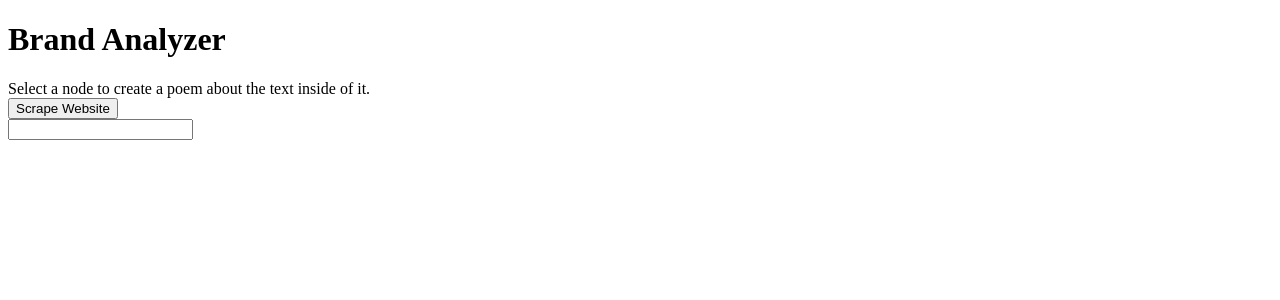
Repository: theethanwright/ai-plugin-template
Page: /
The author's editor kept a copy of each file at every save. The page is drawn from the files as they stood at one save, then again after the next save.
The browser window is 1280 px wide. The pictures show the whole page.
The page's requests for data from a server got no answer. The project was rebuilt for these pictures with package versions that can differ from the ones it lists, and the page was loaded fresh each time. The framework's server and built-in components were replaced by stand-ins that run in the browser. No one was signed in, and anything a server would have sent is missing.

Above is the page before, as saved 2024-07-02 15:31:36.

### app/page.tsx
"use client";

import { figmaAPI } from "@/lib/figmaAPI";
import { getTextForSelection } from "@/lib/getTextForSelection";
import { getTextOffset } from "@/lib/getTextOffset";
import { callData } from "@/lib/callData";
import { DataSchema } from "@/lib/types2";
import { useState } from "react";
import { z } from "zod";

// This function calls our API and returns the complete text response.
async function streamAIResponse(body: z.infer<typeof DataSchema>) {
  const formData = new FormData();
  formData.append('text', body.text);
  formData.append('css', JSON.stringify(body.css));
  formData.append('colors', JSON.stringify(body.colors));
  formData.append('screenshot', new Blob([body.screenshot]));

  const resp = await fetch("/api/completion", {
      method: "POST",
      body: formData,
  });

  if (!resp.ok) {
      throw new Error("Error fetching response");
  }

  const text = await resp.text();
  return text;
}

export default function Plugin() {
  const [completion, setCompletion] = useState("");

  // This is the same as above, but instead of updating React state, it adds the
  // text to the Figma canvas.
  const scrapeBrand = async () => {
    const data = await callData();

    const responseText = await streamAIResponse({
      data,
    });

    let text = "";
    let nodeID: string | null = null;
    const textPosition = await getTextOffset();

    const createOrUpdateTextNode = async () => {
      nodeID = await figmaAPI.run(
        async (figma, { nodeID, text, textPosition }) => {
          let node = figma.getNodeById(nodeID ?? "");

          if (!node) {
            node = figma.createText();
            node.x = textPosition?.x ?? 0;
            node.y = textPosition?.y ?? 0;
          }

          if (node.type !== "TEXT") {
            return "";
          }

          const oldHeight = node.height;

          await figma.loadFontAsync({ family: "Inter", style: "Medium" });
          node.fontName = { family: "Inter", style: "Medium" };

          node.characters = text;

          if (oldHeight !== node.height) {
            figma.viewport.scrollAndZoomIntoView([node]);
          }

          return node.id;
        },
        { nodeID, text, textPosition },
      );
    };

    text += responseText;
    await createOrUpdateTextNode();
  };

  return (
    <div className="flex flex-col items-center min-h-screen bg-gray-900 text-white">
      <h1 className="text-4xl font-bold mb-5 mt-2">Brand Analyzer</h1>
      <div className="text-sm mb-5 text-gray-300">
        Select a node to create a poem about the text inside of it.
      </div>
      <div className="flex flex-row gap-2">
        <button
          onClick={scrapeBrand}
          className="mb-5 p-2 px-4 rounded bg-green-600 text-white hover:bg-green-700"
        >
          Scrape Website
        </button>
      </div>
      <div>
        <input />
      </div>
    </div>
  );
}

### my-app/lib/figmaAPI.ts
/**
 * This is a magic file that allows us to run code in the Figma plugin context
 * from the iframe. It does this by getting the code as a string, and sending it
 * to the plugin via postMessage. The plugin then evals the code and sends the
 * result back to the iframe. There are a few caveats:
 * 1. The code cannot reference any variables outside of the function. This is
 *   because the code is stringified and sent to the plugin, and the plugin
 *   evals it. The plugin has no access to the variables in the iframe.
 * 2. The return value of the function must be JSON serializable. This is
 *    because the result is sent back to the iframe via postMessage, which only
 *    supports JSON.
 *
 * You can get around these limitations by passing in the variables you need
 * as parameters to the function.
 *
 * @example
 * ```ts
 * const result = await figmaAPI.run((figma, {nodeId}) => {
 *   return figma.getNodeById(nodeId)?.name;
 * }, {nodeId: "0:2"});
 *
 * console.log(result); // "Page 1"
 * ```
 */
class FigmaAPI {
  private id = 0;

  /**
   * Run a function in the Figma plugin context. The function cannot reference
   * any variables outside of itself, and the return value must be JSON
   * serializable. If you need to pass in variables, you can do so by passing
   * them as the second parameter.
   */
  run<T, U>(
    fn: (figma: PluginAPI, params: U) => Promise<T> | T,
    params?: U,
  ): Promise<T> {
    return new Promise((resolve, reject) => {
      const id = this.id++;
      const cb = (event: MessageEvent) => {
        if (
          event.origin !== "https://www.figma.com" &&
          event.origin !== "https://staging.figma.com"
        ) {
          return;
        }

        if (event.data.pluginMessage?.type === "EVAL_RESULT") {
          if (event.data.pluginMessage.id === id) {
            window.removeEventListener("message", cb);
            resolve(event.data.pluginMessage.result);
          }
        }

        if (event.data.pluginMessage?.type === "EVAL_REJECT") {
          if (event.data.pluginMessage.id === id) {
            window.removeEventListener("message", cb);
            const message = event.data.pluginMessage.error;
            reject(
              new Error(
                typeof message === "string"
                  ? message
                  : "An error occurred in FigmaAPI.run()",
              ),
            );
          }
        }
      };
      window.addEventListener("message", cb);

      const msg = {
        pluginMessage: {
          type: "EVAL",
          code: fn.toString(),
          id,
          params,
        },
        pluginId: "*",
      };

      ["https://www.figma.com", "https://staging.figma.com"].forEach(
        (origin) => {
          try {
            parent.postMessage(msg, origin);
          } catch {}
        },
      );
    });
  }
}

export const figmaAPI = new FigmaAPI();

### my-app/lib/getTextOffset.ts
import { figmaAPI } from "@/lib/figmaAPI";

export async function getTextOffset() {
  const bounding = await figmaAPI.run((figma) => {
    const { selection } = figma.currentPage;
    return selection.reduce(
      (acc, node) => {
        const boundingBox = node.absoluteBoundingBox;

        if (!boundingBox) {
          return acc;
        }

        return {
          top: Math.min(acc.top, boundingBox.y),
          right: Math.max(acc.right, boundingBox.x + boundingBox.width),
        };
      },
      { top: Infinity, right: -Infinity },
    );
  });

  if (bounding.top === Infinity || bounding.right === -Infinity) {
    return null;
  }

  return {
    x: bounding.right + 48,
    y: bounding.top,
  };
}

### lib/callData.ts
export async function callData(url: string) {
    const response = await fetch(`/api/scrape?url=${encodeURIComponent(url)}`);
    if (!response.ok) {
      throw new Error('Failed to fetch scraped data');
    }
    const data = await response.json();
    return data;
  }

  // Example usage
  callData('https://example.com')
    .then(data => console.log(data))
    .catch(error => console.error('Error:', error));

After the next save:
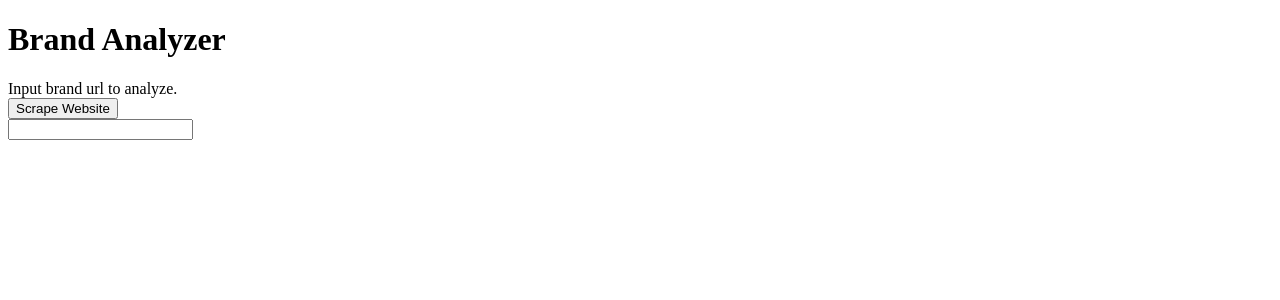
Saved 27 s later.
--- a/app/page.tsx
+++ b/app/page.tsx
@@ -85,7 +85,7 @@ export default function Plugin() {
     <div className="flex flex-col items-center min-h-screen bg-gray-900 text-white">
       <h1 className="text-4xl font-bold mb-5 mt-2">Brand Analyzer</h1>
       <div className="text-sm mb-5 text-gray-300">
-        Select a node to create a poem about the text inside of it.
+        Input brand url to analyze.
       </div>
       <div className="flex flex-row gap-2">
         <button
